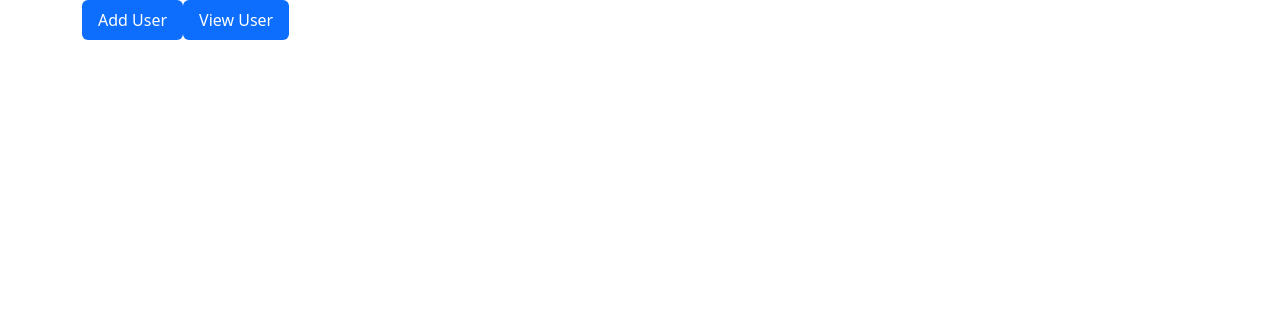
Repository: 9703146255/ADV-JAVA-PROJECTS
Page: http://localhost/03-CrudOperationProject/user.jsp
These files come from the project's save history. The page is drawn as it stood at one moment and after the next save; the edit follows.
The browser window is 1280 px wide. The pictures show the whole page.
The page is served by Tomcat 9. Other server files are loaded and not shown.

Above is the page before, as saved 2023-11-07 07:33:17.

### 03-CrudOperationProject/src/main/webapp/user.jsp
<%@ page language="java" contentType="text/html; charset=ISO-8859-1"
    pageEncoding="ISO-8859-1"%>

   <%@ taglib uri="http://java.sun.com/jsp/jstl/core" prefix="c" %>

<!DOCTYPE html>
<html>
<head>
<meta charset="ISO-8859-1">
<title>user page</title>

 <link href="https://cdn.jsdelivr.net/npm/bootstrap@5.3.2/dist/css/bootstrap.min.css" rel="stylesheet" integrity="sha384-T3c6CoIi6uLrA9TneNEoa7RxnatzjcDSCmG1MXxSR1GAsXEV/Dwwykc2MPK8M2HN" crossorigin="anonymous">
   <script src="https://cdn.jsdelivr.net/npm/bootstrap@5.3.2/dist/js/bootstrap.bundle.min.js" integrity="sha384-C6RzsynM9kWDrMNeT87bh95OGNyZPhcTNXj1NW7RuBCsyN/o0jlpcV8Qyq46cDfL" crossorigin="anonymous"></script>
</head>
  <body>

  <div class="container">

  <ul class="nav nav-pills">


  <li class="nav-item">
    <a class="nav-link active" aria-current="page" href="">Add User</a>
  </li>

  <li class="nav-item">
    <a class="nav-link active" href="">View User</a>
  </li>

</ul>

</div>




</body>
</html>

After the next save:
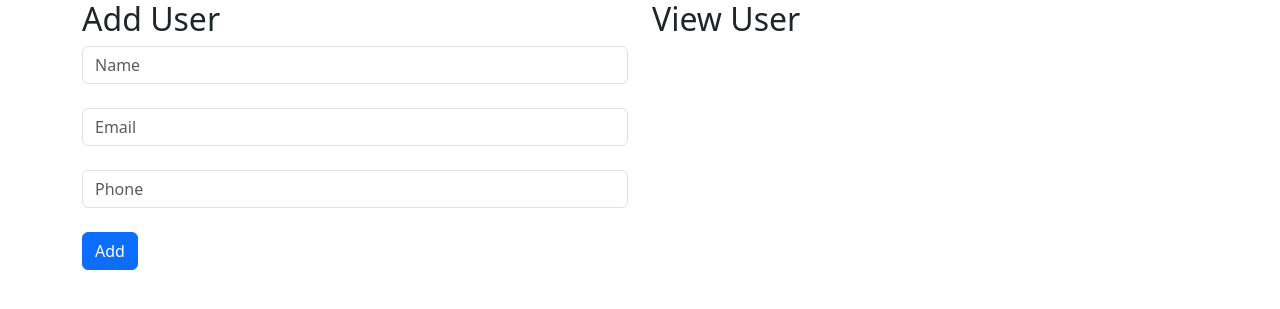
Saved 2 min 9 s later.
--- a/03-CrudOperationProject/src/main/webapp/user.jsp
+++ b/03-CrudOperationProject/src/main/webapp/user.jsp
@@ -1,38 +1,31 @@
-<%@ page language="java" contentType="text/html; charset=ISO-8859-1"
-    pageEncoding="ISO-8859-1"%>
-
-   <%@ taglib uri="http://java.sun.com/jsp/jstl/core" prefix="c" %>
-
+<%@ page language="java" contentType="text/html; charset=UTF-8" pageEncoding="UTF-8" %>
+<%@ taglib uri="http://java.sun.com/jsp/jstl/core" prefix="c" %>
 <!DOCTYPE html>
 <html>
 <head>
-<meta charset="ISO-8859-1">
-<title>user page</title>
-
- <link href="https://cdn.jsdelivr.net/npm/bootstrap@5.3.2/dist/css/bootstrap.min.css" rel="stylesheet" integrity="sha384-T3c6CoIi6uLrA9TneNEoa7RxnatzjcDSCmG1MXxSR1GAsXEV/Dwwykc2MPK8M2HN" crossorigin="anonymous">
-   <script src="https://cdn.jsdelivr.net/npm/bootstrap@5.3.2/dist/js/bootstrap.bundle.min.js" integrity="sha384-C6RzsynM9kWDrMNeT87bh95OGNyZPhcTNXj1NW7RuBCsyN/o0jlpcV8Qyq46cDfL" crossorigin="anonymous"></script>
+    <meta charset="ISO-8859-1">
+    <title>User Page</title>
+    <link href="https://cdn.jsdelivr.net/npm/bootstrap@5.3.2/dist/css/bootstrap.min.css" rel="stylesheet" integrity="sha384-T3c6CoIi6uLrA9TneNEoa7RxnatzjcDSCmG1MXxSR1GAsXEV/Dwwykc2MPK8M2HN" crossorigin="anonymous">
+    <script src="https://cdn.jsdelivr.net/npm/bootstrap@5.3.2/dist/js/bootstrap.bundle.min.js" integrity="sha384-C6RzsynM9kWDrMNeT87bh95OGNyZPhcTNXj1NW7RuBCsyN/o0jlpcV8Qyq46cDfL" crossorigin="anonymous">
+    </script>
 </head>
-  <body>
-
+<body>
   <div class="container">
-
-  <ul class="nav nav-pills">
-
-
-  <li class="nav-item">
-    <a class="nav-link active" aria-current="page" href="">Add User</a>
-  </li>
-
-  <li class="nav-item">
-    <a class="nav-link active" href="">View User</a>
-  </li>
-
-</ul>
-
-</div>
-
-
-
-
+    <div class="row">
+      <div class="col-md-6">
+        <h2>Add User</h2>
+        <form action="UserController" method="post">
+          <input type="text" name="name" class="form-control" placeholder="Name" required><br>
+          <input type="text" name="email" class="form-control" placeholder="Email" required><br>
+          <input type="text" name="phone" class="form-control" placeholder="Phone" required><br>
+          <input type="submit" class="btn btn-primary" value="Add">
+        </form>
+      </div>
+      <div class="col-md-6">
+        <h2>View User</h2>
+        <!-- Place your code for viewing users here -->
+      </div>
+    </div>
+  </div>
 </body>
 </html>
